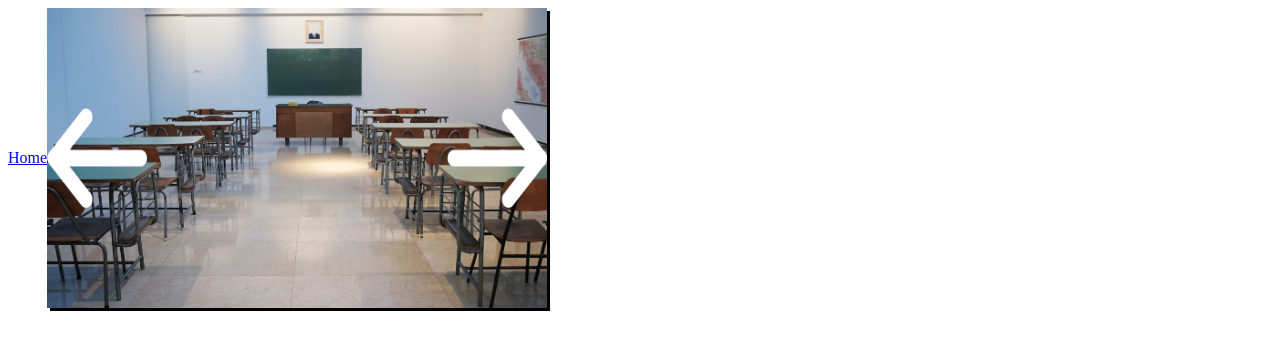
Repository: sierralaurent/Class08-UseEffect
Page: /carouselPage
An editor plug-in stored every save of this project. The page is shown before and after the next save, followed by the edit.
The browser window is 1280 px wide. The pictures show the whole page.
The project was rebuilt for these pictures with package versions that can differ from the ones it lists, and the page was loaded fresh each time. The framework's server and built-in components were replaced by stand-ins that run in the browser. Also part of the build but not shown: next.config.js.

Above is the page before, as saved 2023-02-20 17:10:12.

### pages/carouselPage.js
import Carousel from "@/components/carousel"
import Link from "next/link"
import styles from '@/styles/CarouselPage.module.css'

export default function CarouselPage() {
    return(
        <>
        <div className={styles.body}>
        <Link href="/" className={styles.title}>Home</Link>
        <Carousel/>
        </div>
        </>
    )
}

### styles/globals.css
:root {
  {
    ;;
    /**Add some root colors to use on all the othe pages**/
  }
}

### components/carousel/index.js
import Image from "next/image"
import { useEffect, useState } from "react"
import styles from '@/components/carousel/carousel.module.css'

export default function Carousel() {
const [img, setImg] = useState(0);

const changeImage = (change) => {
    if(change == "backward") {
        setImg(img - 1);

        if(img == 0) {
            setImg(5);
        }
        console.log(img);
    } else if(change == "forward") {
        setImg(img + 1);
        if(img == 5) {
            setImg(0)
        }
        console.log(img);
    }

}

    return(
        <>
        <div className={styles.carousel}>
        <div className={styles.photo} style={{
            backgroundImage:"url(/carousel-images/" + img + ".jpg",
            backgroundSize: 'cover',
            backgroundRepeat: "no-repeat",
            width: 500,
            height: 300
        }}>
            <Image className={styles.arrow1}
            src={"/icons/leftArrow.png"}
            alt={"/icons/leftArrow.png"}
            width={100}
            height={100}
            onClick={() => changeImage("backward")}
            />
            <Image className={styles.arrow2}
            src={"/icons/rightArrow.png"}
            alt={"/icons/rightArrow.png"}
            width={100}
            height={100}
            onClick={() => changeImage("forward")}
            />

        </div>
        </div>

        </>
    )
}

### styles/CarouselPage.module.css
/** flex or grid on stylzijg the pages**/

.title {

}
.body {
    display: flex;
    align-items: center;
}

### components/carousel/carousel.module.css
/** flex or grid on stylzijg the pages**/

.carousel {
    display: flex;
    justify-content: center;
    align-items: center;
}

.arrow1 {
    float: left;
    padding-top: 20%;
}

.arrow2 {
    float: right;
    padding-top: 20%;
}
.photo {
    box-shadow: 3px 3px;

}

Loaded but not shown: pages/_app.js (common file); pages/_document.js (common file)

After the next save:
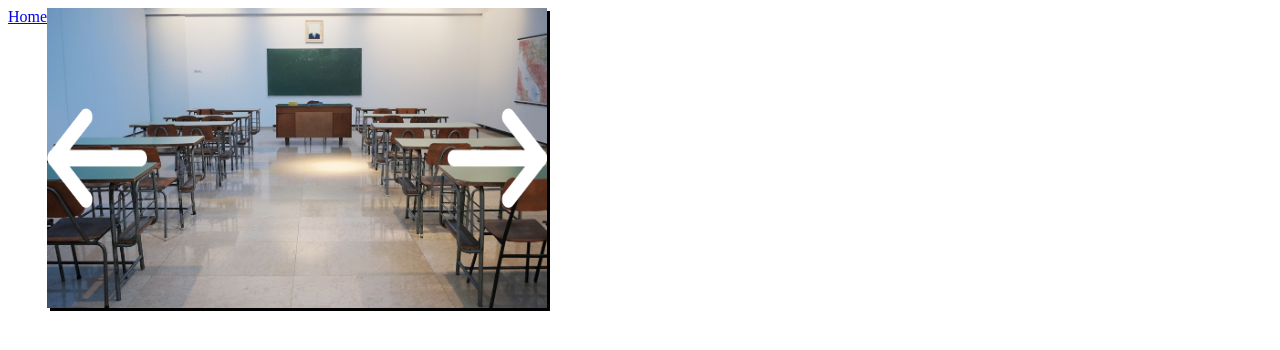
Saved 8 s later.
--- a/styles/CarouselPage.module.css
+++ b/styles/CarouselPage.module.css
@@ -5,5 +5,3 @@
 }
 .body {
     display: flex;
-    align-items: center;
-}
